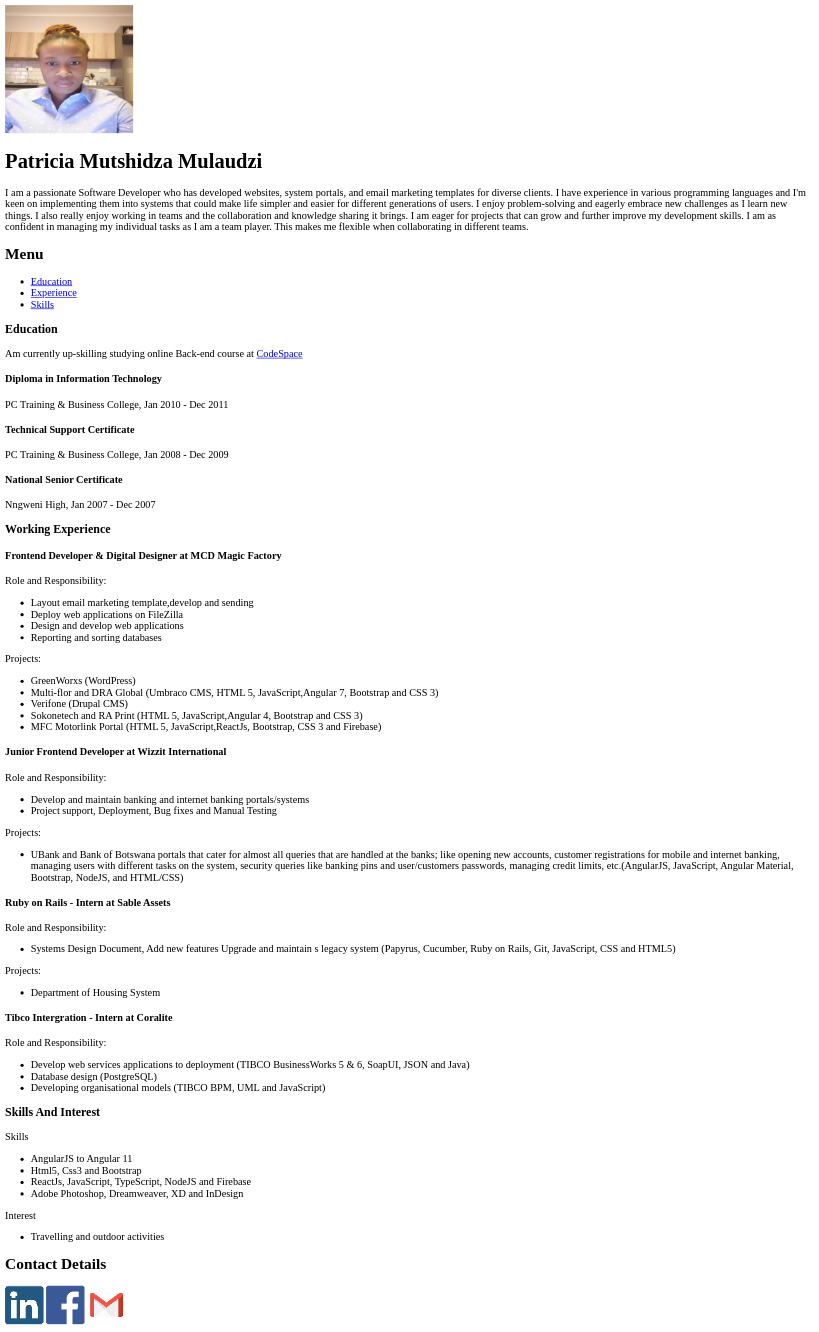
Repository: Patricious/Digital-Resume-01
Page: index.html
These files come from the project's save history. The page is drawn as it stood at one moment and after a run of saves; the edit follows.
The browser window is 1280 px wide. The pictures show the whole page, at 64% of full size.

Above is the page before, as saved 2021-08-23 11:32:41.

After the next 4 saves:
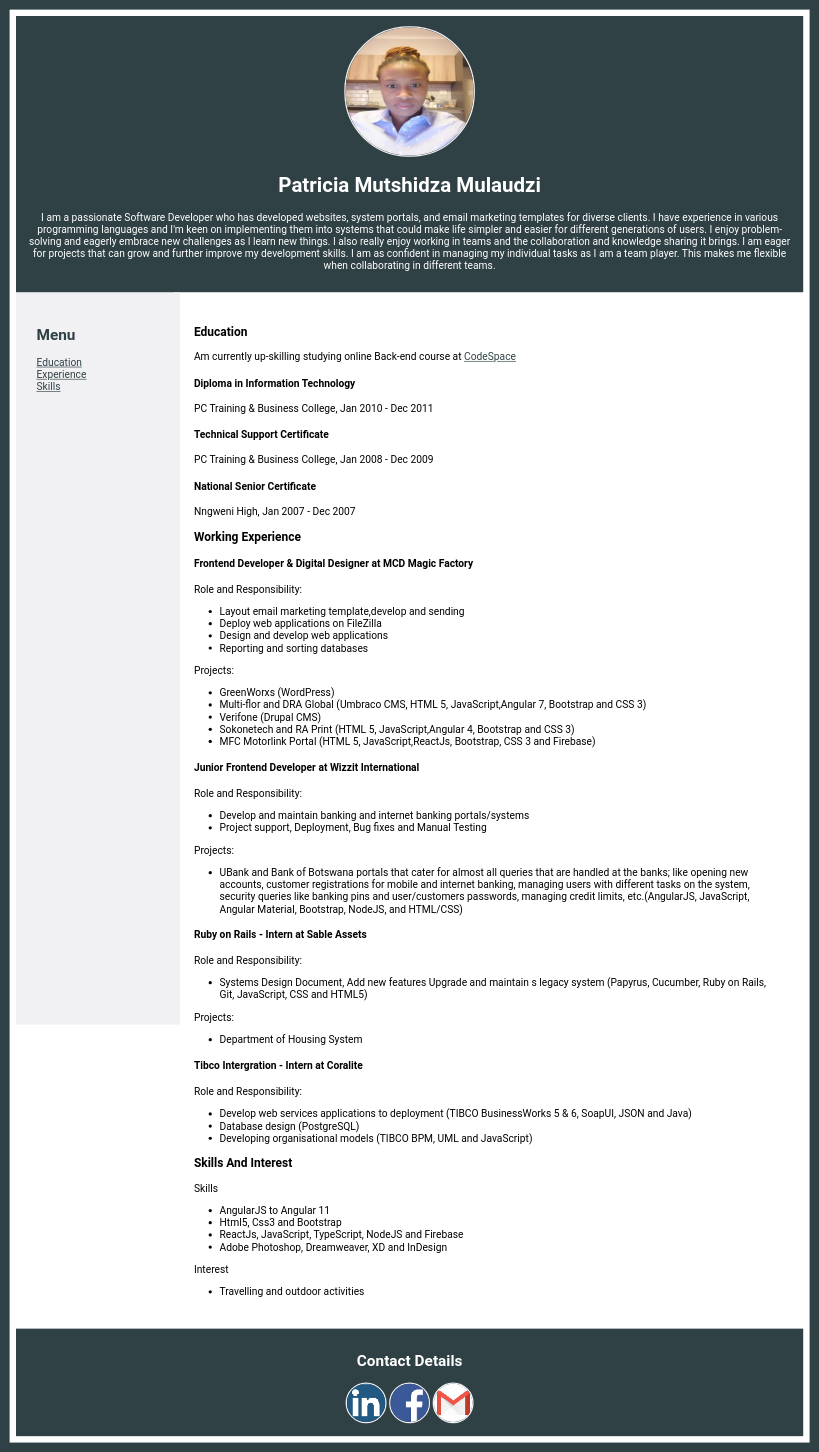
The 4 saves are shown as one change because they came seconds apart.
The last was saved 16 s later.
--- a/index.html
+++ b/index.html
@@ -3,7 +3,8 @@
 
 <head>
     <title>Patricia Digital Resume</title>
-    <met <link rel="stylesheet" type="text/css" href="css/stylesheet.css">
+    <meta name="viewport">
+    <link rel="stylesheet" type="text/css" href="css/stylesheet.css">
 </head>
 
 <body scroll="yes">
